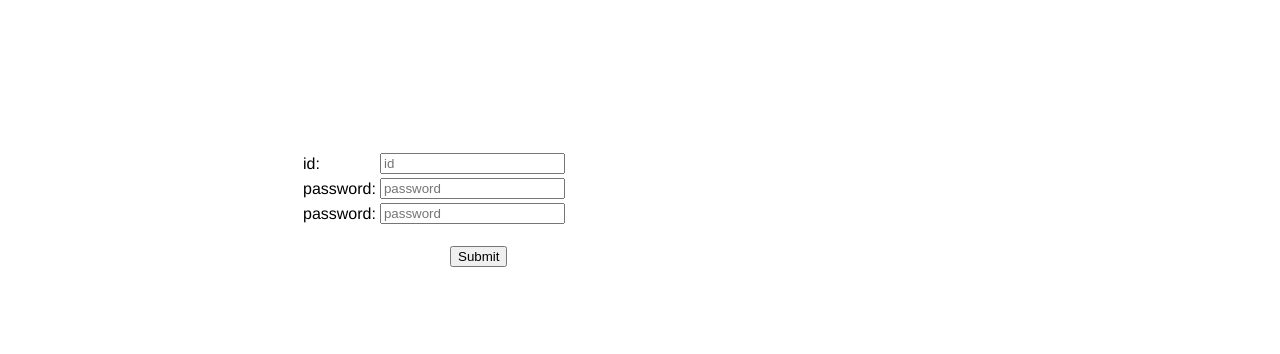
Repository: moshe31sh/Java_ee_final_project_todo_list
Page: http://localhost/Toto_list_final_project/addtask.jsp
These files come from the project's save history. The page is drawn as it stood at one moment and after the next save; the edit follows.
The browser window is 1280 px wide. The pictures show the whole page.
The page is served by Tomcat 9. Other server files are loaded and not shown.

Above is the page before, as saved 2015-12-10 21:22:43.

### Toto_list_final_project/WebContent/addtask.jsp
<%@ page language="java" contentType="text/html; charset=ISO-8859-1"
    pageEncoding="ISO-8859-1" errorPage="/error.jsp"%>
<!DOCTYPE html PUBLIC "-//W3C//DTD HTML 4.01 Transitional//EN" "http://www.w3.org/TR/html4/loose.dtd">
<html>
<head>
<meta http-equiv="Content-Type" content="text/html/; charset=ISO-8859-1">
<link rel="stylesheet" type="text/css" href="./CSS/add_task_style.css">

<title>Add new task</title>
<%-- <jsp:include page="usermenu.jsp"/>
 --%></head>
<body>
<div class="container">
<form id="addTask" method="post" action="">
    <table>
    <tr><td>id:</td><td><input  type="text" placeholder="id" name="id"  title="Inset Id"/></td></tr>
    <tr><td>password:</td><td><input type="password" size ="20" name="password" placeholder="password" title="Inset Pass"/></td></tr>
    <tr><td>password:</td><td><input type="password" size ="20" name="password" placeholder="password" title="Inset Pass"/></td></tr>

</table>

    <input class="submit" type="submit"/>
</form>
</div>
</body>
</html>

### Toto_list_final_project/WebContent/CSS/add_task_style.css
body {
	background: white;
	font-family: Helvetica, Arial, sans-serif;
		margin-left:300px;
		margin-top: 150px;
}

#addtask{
	display:block;
	width: 50%;
	border: solid 1px blue;
	min-height: 100px;
	margin-left:262px;
	padding: 2%;
	font-size: 14px;
    text-transform: uppercase;

}

.submit{
	display:block;
	margin-left:150px;
	margin-right:auto;
	margin-top:2%;
}

After the next save:
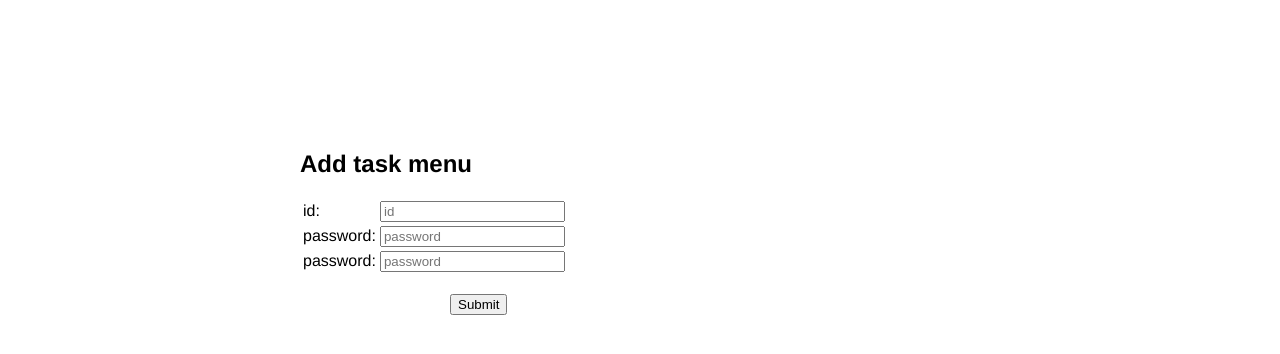
Saved 40 s later.
--- a/Toto_list_final_project/WebContent/addtask.jsp
+++ b/Toto_list_final_project/WebContent/addtask.jsp
@@ -9,6 +9,8 @@
 <title>Add new task</title>
 <%-- <jsp:include page="usermenu.jsp"/>
  --%></head>
+
+ <h2>Add task menu</h2>
 <body>
 <div class="container">
 <form id="addTask" method="post" action="">
